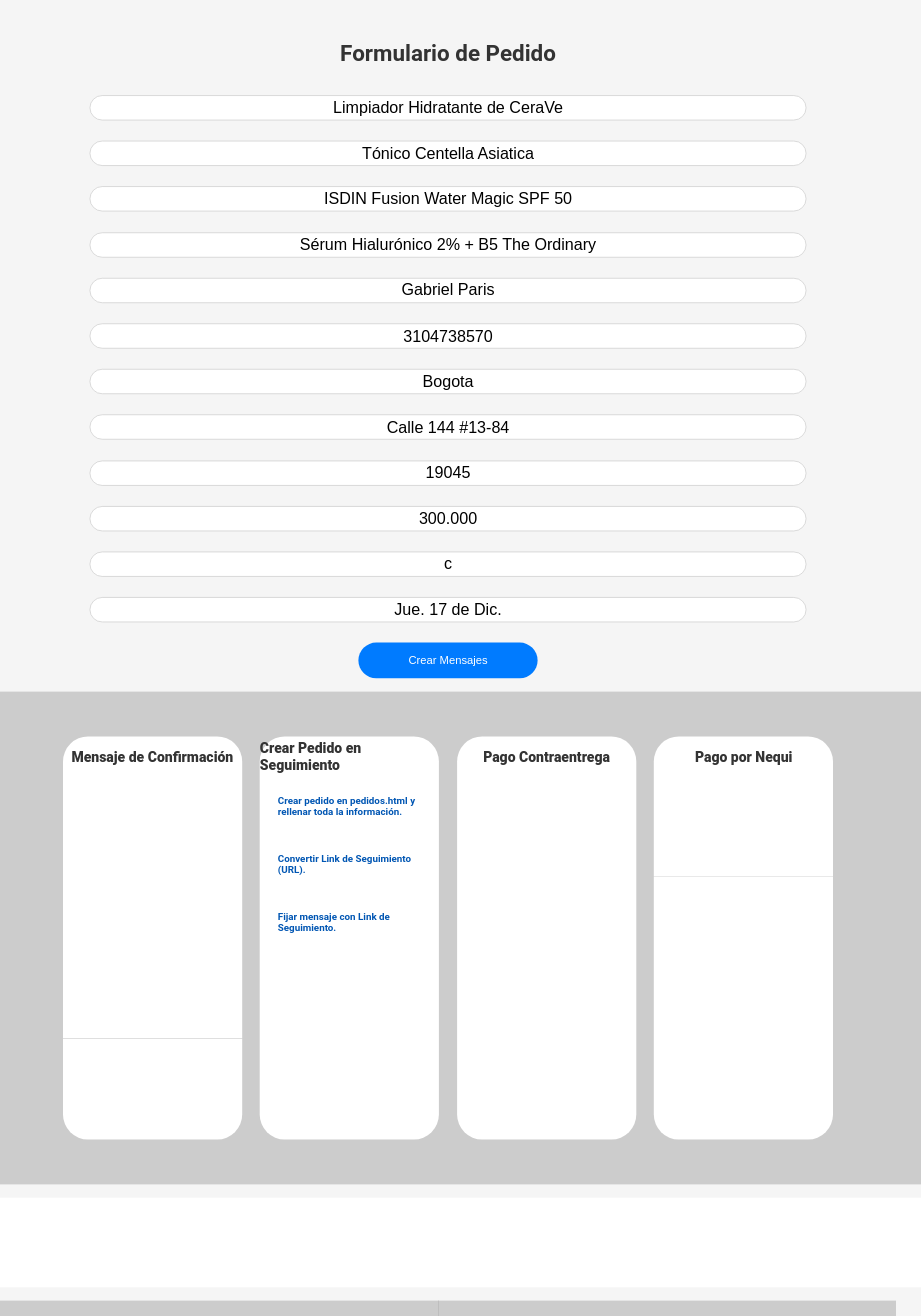
Repository: aCoupon0/intranet
Page: 1/venta-1.html
The author's editor kept a copy of each file at every save. The page is drawn from the files as they stood at one save, then again after a run of saves.
The browser window is 1280 px wide. The page is 1316 px wide, so the pictures cover 1316 px, including what lies to the right of the window. The pictures show the part of the page from y = 0 to 1880 px (the page is 2312 px tall before and 2571 px after), at 70% of full size.

Above is the page before, as saved 2024-12-13 13:17:35.

After the next 2 saves:
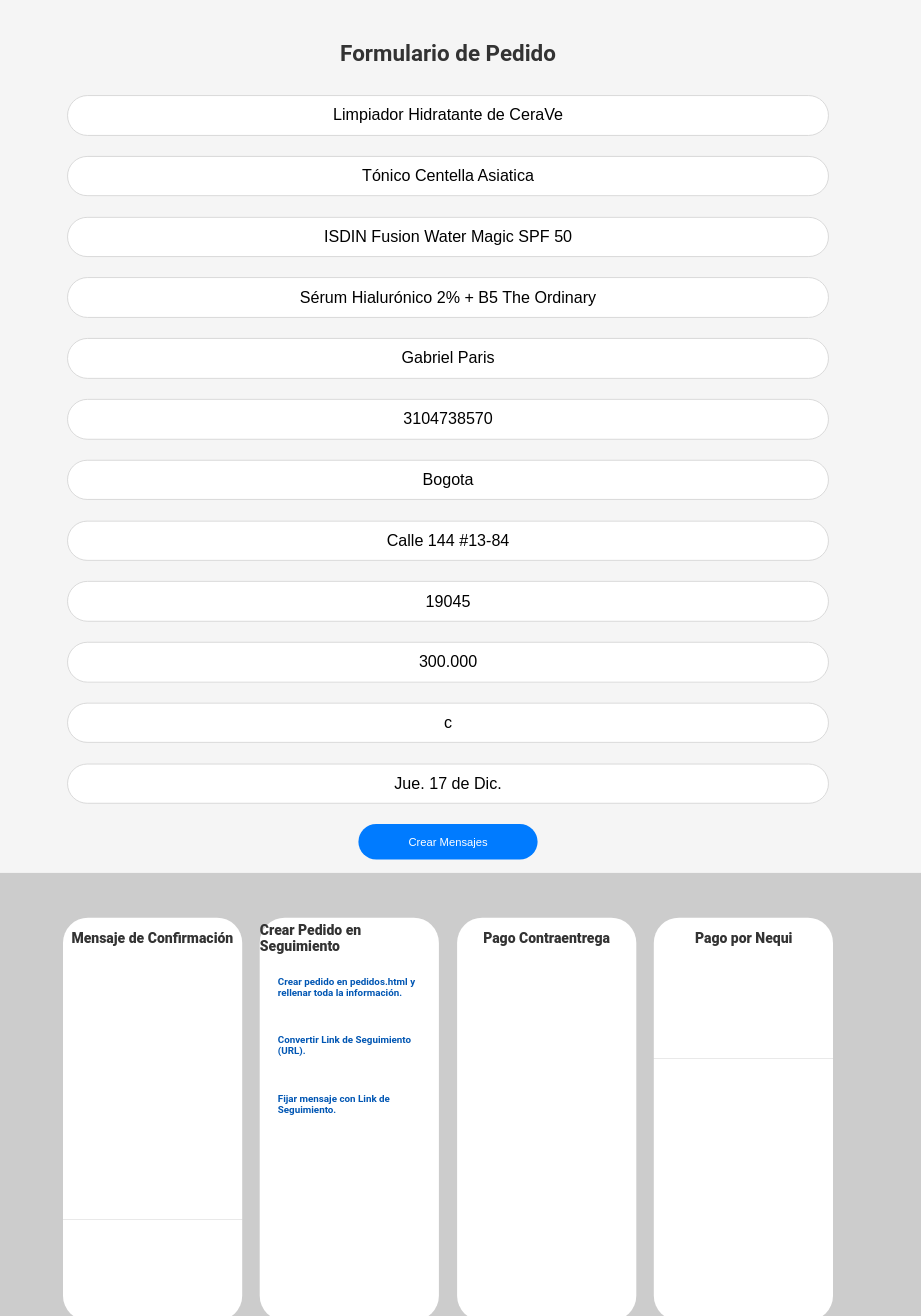
The 2 saves are shown as one change because they came seconds apart.
The last was saved 11 s later.
--- a/css/venta.css
+++ b/css/venta.css
@@ -14,8 +14,8 @@ body {
 }
 
 input {
-    width: 80vw; /* Ocupa el 80% del ancho del contenedor */
-    height: 5vh; /* Altura dinámica según el viewport */
+    width: 85vw; /* Ocupa el 80% del ancho del contenedor */
+    height: 8vh; /* Altura dinámica según el viewport */
     padding: 5px;
     font-size: 23px;
     border: 1px solid #ccc;
